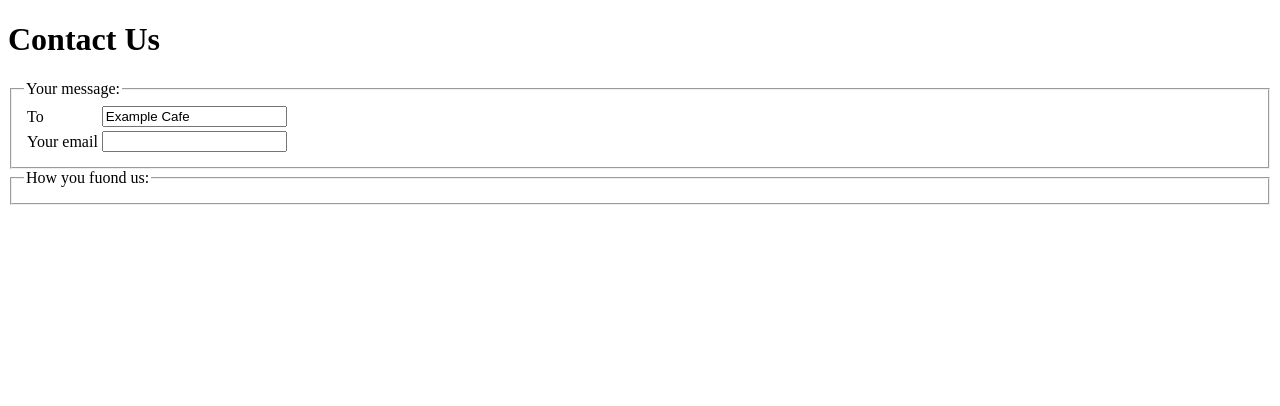
Repository: PhamChiXuan1/HTCNW_tuan3_DHCNTT16C_PhamChiXuan_20030131
Page: bt15.html
An editor plug-in stored every save of this project. The page is shown before and after the next save, followed by the edit.
The browser window is 1280 px wide. The pictures show the whole page.

Above is the page before, as saved 2022-02-28 11:41:32.

### bt15.html
<!DOCTYPE html>
<html lang="en">
<head>
    <meta charset="UTF-8">
    <meta http-equiv="X-UA-Compatible" content="IE=edge">
    <meta name="viewport" content="width=device-width, initial-scale=1.0">
    <title>Document</title>
</head>
<body>
    <H1>Contact Us</H1>
    <fieldset>
        <legend>Your message:</legend>
        <table>
            <tr>
                <td><table for="emailTo">To</table></td>
                <td><input type="text" name="txtTo" id="emailTo"  size="20" value="Example Cafe"></td>
            </tr>
            <tr>
                <td><table for="emailTo">Your email</table></td>
                <td><input type="text" name="txtTo" id="emailTo"  size="20" value=""></td>
            </tr>
            <tr>

            </tr>
        </table>
    </fieldset>
    <fieldset>
        <legend>How you fuond us:</legend>

    </fieldset>
</body>
</html>

After the next save:
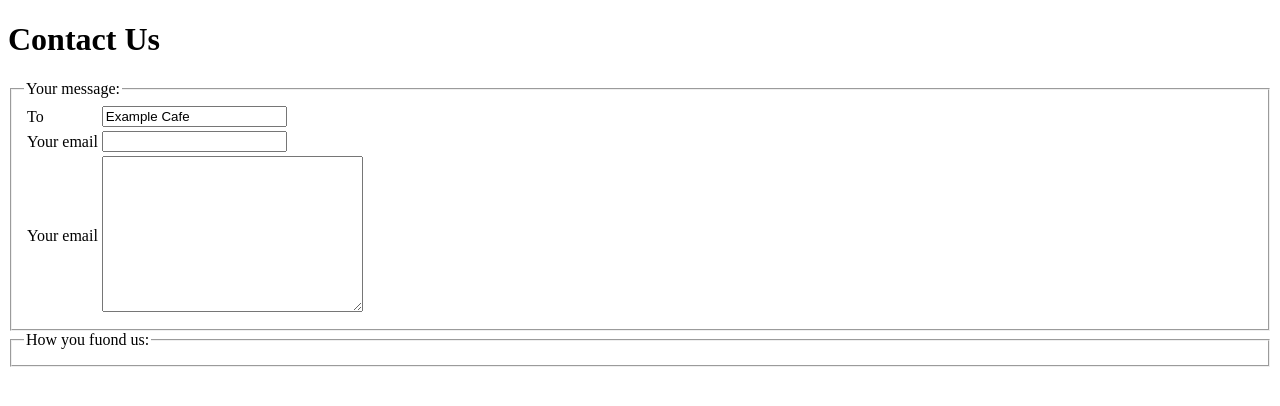
Saved 99 s later.
--- a/bt15.html
+++ b/bt15.html
@@ -16,11 +16,12 @@
                 <td><input type="text" name="txtTo" id="emailTo"  size="20" value="Example Cafe"></td>
             </tr>
             <tr>
-                <td><table for="emailTo">Your email</table></td>
-                <td><input type="text" name="txtTo" id="emailTo"  size="20" value=""></td>
+                <td><table for="emailFrom">Your email</table></td>
+                <td><input type="text" name="txtTo" id="emailFrom"  size="20" value=""></td>
             </tr>
             <tr>
-
+                <td><table for="emailBody">Your email</table></td>
+                <td><textarea name="" id="" cols="30" rows="10"></textarea></td>
             </tr>
         </table>
     </fieldset>
